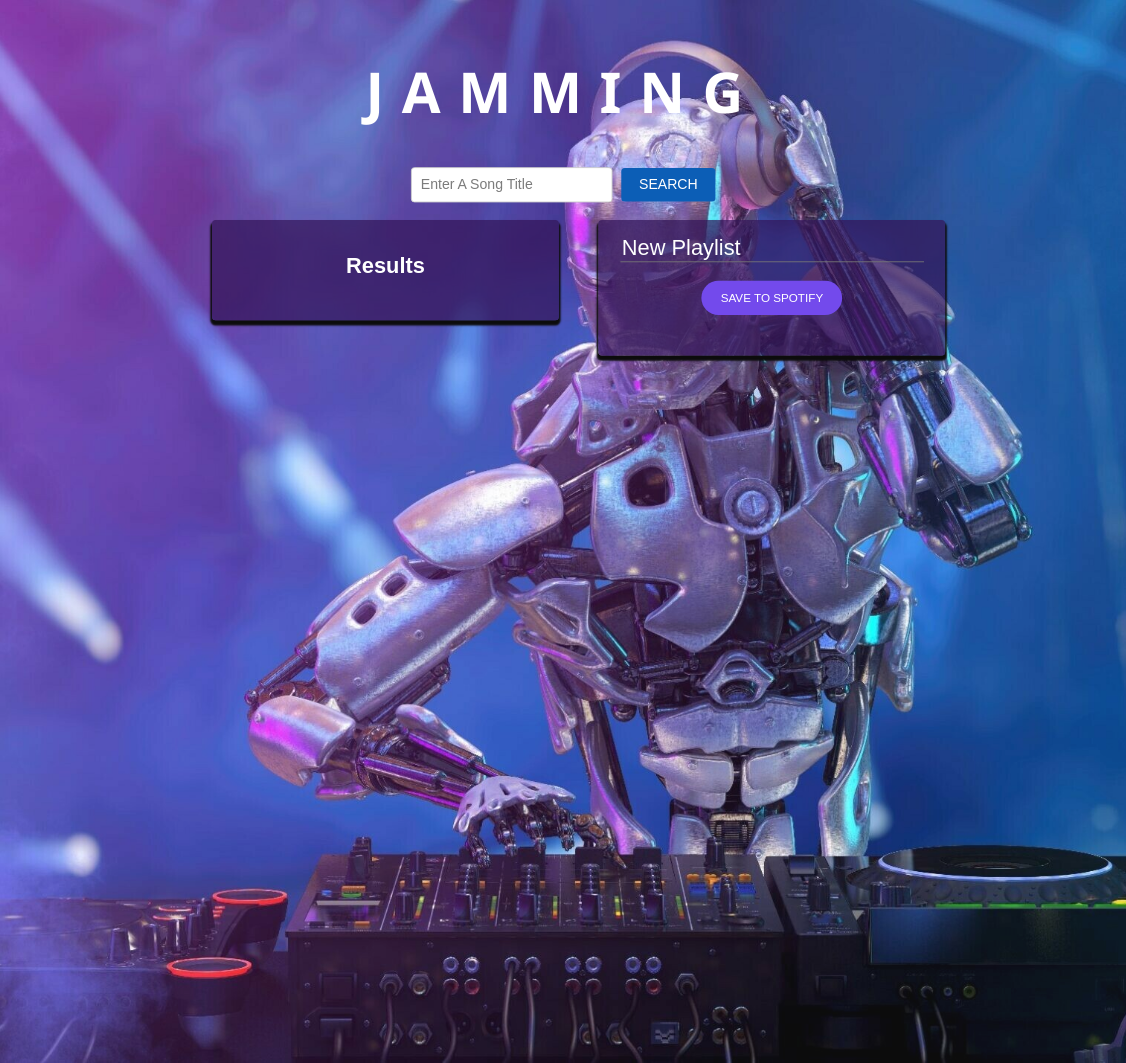
Repository: LolaSL/jamming
Page: /
An editor plug-in stored every save of this project. The page is shown before and after the next save, followed by the edit.
The browser window is 1280 px wide. The pictures show the whole page, at 88% of full size.
The pointer rests on the first visible `.SearchBar button`.
The project was rebuilt for these pictures with package versions that can differ from the ones it lists, and the page was loaded fresh each time. Also part of the build but not shown: src/components/Track/Track.css, src/components/Track/Track.jsx.

Above is the page before, as saved 2023-06-23 18:08:44.

### src/App/App.js
import React, { useState, useCallback } from "react";
import "./App.css";

import Playlist from "../components/PlayList/PlayList.jsx";
import SearchBar from "../components/SearchBar/SearchBar";
import SearchResults from "../components/SearchResults/SearchResults";
import Spotify from "../utils/Spotify";

const App = () => {
  const [searchResults, setSearchResults] = useState([]);
  const [playlistName, setPlaylistName] = useState("New Playlist");
  const [playlistTracks, setPlaylistTracks] = useState([]);

  const search = useCallback(async (term) => {
    const results = await Spotify.search(term);
    setSearchResults(results);
  }, []);

  const addTrack = useCallback((track) => {
    if (playlistTracks.some((savedTrack) => savedTrack.id === track.id)) {
      return;
    }
    setPlaylistTracks((prevTracks) => [...prevTracks, track]);
  }, [playlistTracks]);

  const removeTrack = useCallback((track) => {
    setPlaylistTracks((prevTracks) =>
      prevTracks.filter((currentTrack) => currentTrack.id !== track.id)
    );
  }, []);

  const updatePlaylistName = useCallback((name) => {
    setPlaylistName(name);
  }, []);

  const savePlaylist = useCallback(async () => {
    const trackUris = playlistTracks.map((track) => track.uri);
    await Spotify.savePlaylist(playlistName, trackUris);
    setPlaylistName("New Playlist");
    setPlaylistTracks([]);
  }, [playlistName, playlistTracks]);

  return (
    <div className="App-container" data-testid="app-test">
      <h1>
        Jamming
      </h1>
      <SearchBar onSearch={search} />
      <div className="App-playlist">
          <SearchResults searchResults={searchResults} onAdd={addTrack} />
          <Playlist
            playlistName={playlistName}
            playlistTracks={playlistTracks}
            onNameChange={updatePlaylistName}
            onRemove={removeTrack}
            onSave={savePlaylist}
        />
      </div>
      </div>
  );
};

export default App;
;

### src/App/App.css
body,
html,
#root {
  height: 100%;

}

/* CSS for App-container */
.App-container {
  display: flex;
  flex-direction: column;
  align-items: center;
  padding: 20px;
  background-color: #f0f0f0;
  background-image: url('./background.jpg');
  height: 150%;
  padding: 0 17% 10% 17%;
  opacity: 0.95;
  background-size: cover;
  overflow: hidden;
  background-position: center;
  background-repeat: no-repeat;
  font-family: 'Work Sans', sans-serif;
  font-weight: 500;
  color: #56649f;
  text-align: center;
}

/* CSS for h1 */
h1 {
  font-family:'Segoe UI', Tahoma, Geneva, Verdana, sans-serif;
  text-transform: uppercase;
  letter-spacing: 20px;
  color: #ffffff;
  font-size: 4rem;
  margin-top: 60px;
}

/* CSS for SearchBar */
.SearchBar {
  display: flex;
  justify-content: center;
  align-items: center;
  margin-bottom: 20px;
}

/* CSS for App-playlist */
.App-playlist {
  display: grid;
  grid-template-columns: 1fr 1fr;
  grid-gap:80px;
  align-items: justify;
  /* width:500px; */
  margin: 0 auto;
}

/* CSS for SearchResults and Playlist components */
.SearchResults,
.Playlist {
  background-color: #fff;
  padding: 20px;
  border-radius: 4px;
  box-shadow: 0 2px 4px rgba(0, 0, 0, 0.1);
}

### src/components/PlayList/PlayList.jsx
import React, { useCallback } from "react";
import PropTypes from "prop-types";
import "./PlayList.css";
import TrackList from "../TrackList/TrackList";

const Playlist = ({
  onNameChange,
  playlistTracks,
  onRemove,
  onSave
}) => {
  const handleNameChange = useCallback((event) => {
    onNameChange(event.target.value);
  }, [onNameChange]);

  return (
    <div className="Playlist">
      <input onChange={handleNameChange} defaultValue={"New Playlist"} />
      <TrackList
        tracks={playlistTracks}
        isRemoval={true}
        onRemove={onRemove}
      />
      <button className="Playlist-save" onClick={onSave}>
        SAVE TO SPOTIFY
      </button>
    </div>
  );
};

Playlist.propTypes = {
  onNameChange: PropTypes.func,
  playlistTracks: PropTypes.array,
  onRemove: PropTypes.func,
  onSave: PropTypes.func
};

export default Playlist;

### src/components/SearchBar/SearchBar.jsx
import React, { useState, useCallback } from "react";
import "./SearchBar.css";

const SearchBar = ({ onSearch }) => {
  const [term, setTerm] = useState("");

  const handleTermChange = useCallback((event) => {
    setTerm(event.target.value);
  }, []);

  const search = useCallback(() => {
    onSearch(term);
  }, [onSearch, term]);

  return (
    <form className="SearchBar">
      <input placeholder="Enter A Song Title" onChange={handleTermChange} />
      <button className="SearchButton" onClick={search}>
        SEARCH
      </button>
    </form>
  );
};

export default SearchBar;

### src/components/SearchResults/SearchResults.jsx
import React from "react";
import "./SearchResults.css";
import TrackList from "../TrackList/TrackList";

const SearchResults = ({ searchResults, onAdd }) => {
  return (
    <div className="SearchResults">
      <h2>Results</h2>
      <TrackList tracks={searchResults} onAdd={onAdd} />
    </div>
  );
};

export default SearchResults;

### src/utils/Spotify.js
const clientId = 'a18dfb23f21c4bf69aa0c5c6ac72acdc'; // Insert client ID here.
const redirectUri = 'http://localhost:3000/'; // Have to add this to your accepted Spotify redirect URIs on the Spotify API.

let accessToken;

const Spotify = {
  getAccessToken() {
    if (accessToken) {
      return accessToken;
    }

    const accessTokenMatch = window.location.href.match(/access_token=([^&]*)/);
    const expiresInMatch = window.location.href.match(/expires_in=([^&]*)/);
    if (accessTokenMatch && expiresInMatch) {
      accessToken = accessTokenMatch[1];
      const expiresIn = Number(expiresInMatch[1]);
      window.setTimeout(() => accessToken = '', expiresIn * 1000);
      window.history.pushState('Access Token', null, '/'); // This clears the parameters, allowing us to grab a new access token when it expires.
      return accessToken;
    } else {
      const accessUrl = `https://accounts.spotify.com/authorize?client_id=${clientId}&response_type=token&scope=playlist-modify-public&redirect_uri=${redirectUri}`;
      window.location = accessUrl;
    }
  },

  async search(term) {
    const accessToken = Spotify.getAccessToken();
    const response = await fetch(`https://api.spotify.com/v1/search?type=track&q=${term}`, {
      headers: {
        Authorization: `Bearer ${accessToken}`
      }
    });
    const jsonResponse = await response.json();
    if (!jsonResponse.tracks) {
      return [];
    }
    return jsonResponse.tracks.items.map(track => ({
      id: track.id,
      name: track.name,
      artist: track.artists[0].name,
      album: track.album.name,
      popularity: track.popularity,
      uri: track.uri
    }));
  },

  savePlaylist(name, trackUris) {
    if (!name || !trackUris.length) {
      return;
    }

    const accessToken = Spotify.getAccessToken();
    const headers = { Authorization: `Bearer ${accessToken}` };
    let userId;

    return fetch('https://api.spotify.com/v1/me', { headers: headers }
    ).then(response => response.json()
    ).then(jsonResponse => {
      userId = jsonResponse.id;
      return fetch(`https://api.spotify.com/v1/users/${userId}/playlists`, {
        headers: headers,
        method: 'POST',
        body: JSON.stringify({ name: name })
      }).then(response => response.json()
      ).then(jsonResponse => {
        const playlistId = jsonResponse.id;
        return fetch(`https://api.spotify.com/v1/users/${userId}/playlists/${playlistId}/tracks`, {
          headers: headers,
          method: 'POST',
          body: JSON.stringify({ uris: trackUris })
        });
      });
    });
  }
};

export default Spotify;

### src/components/PlayList/PlayList.css
.Playlist {
    display: flex;
    flex-direction: column;
    align-items: center;
    justify-items: center;
    overflow-y: scroll;
    width: 100%;
    max-height: 900px;
    padding: 1.1rem;
    background-color: rgba(40, 9, 80, 0.7);
    box-shadow: 0 4px 2px 2px #000000;

  }

  .Playlist input {
    width: 95%;
    border: 0;
    outline: 0;
    background: transparent;
    border-bottom: 1px solid #6f6f6f;
    font-family: 'Poppins', sans-serif;
    font-size: 1.55rem;
    color: #fff;
  }

  .Playlist-save {
    cursor: pointer;
    width: 10rem;
    padding: .77rem 0;
    border-radius: 54px;
    border-width: 0px;
    margin-top: 1.27rem;
    background-color: #6c41ec;
    text-align: center;
    font-size: .83rem;
    transition: background-color .25s;
    color: #fff;
    font-weight: 500;
  }

  .Playlist-save:hover {
    background-color: rgba(108, 65, 233, .7);
  }

  ::-webkit-scrollbar {
      width: 0px;
      background: transparent;
  }

  @media screen and (min-width: 400px) {
    .Playlist {
      width: 70%;
      height: auto;
      align-items: center;
    }
  }

  @media screen and (min-width: 800px) {
    .Playlist {
      width:75%;
      height: auto;
    }
  }
  @media only screen and (max-width: 1220px) {
    .Playlist {
      width: 90%;
      height: auto;
      align-items: center;
    }
  }
  @media only screen and (max-width: 1620px) {
    .Playlist {
      width: 100%;
      height: auto;
      align-items: center;
    }
  }

### src/components/TrackList/TrackList.jsx
import React from "react";
import PropTypes from "prop-types";
import "./TrackList.css";
import Track from "../Track/Track";

const TrackList = ({ tracks, onAdd, isRemoval, onRemove }) => {
  return (
    <div className="TrackList">
      {tracks.map((track, index) => (
        <Track
          key={index}
          track={track}
          onAdd={onAdd}
          isRemoval={isRemoval}
          onRemove={onRemove}
        />
      ))}
    </div>
  );
};

TrackList.propTypes = {
  tracks: PropTypes.array,
  onAdd: PropTypes.func,
  onRemove: PropTypes.func,
  isRemoval: PropTypes.bool,
};

export default TrackList;

### src/components/SearchBar/SearchBar.css
/* CSS for SearchBar form */
.SearchBar {
  display: flex;
  align-items: center;
}

/* CSS for input */
.SearchBar input {
  flex-grow: 1;
  padding: 10px;
  border: 1px solid #ccc;
  border-radius: 4px;
  font-size: 16px;
  margin-right: 10px;
}

/* CSS for button */
.SearchBar button {
  padding: 10px 20px;
  background-color: #007bff;
  color: #fff;
  border: none;
  border-radius: 4px;
  font-size: 16px;
  cursor: pointer;
}

/* CSS for button hover effect */
.SearchBar button:hover {
  background-color: #0056b3;
}



/* .SearchBar {
  display: flex;
  flex-direction: column;
  align-items: center;
  padding-top: 4rem;
  margin-bottom: 4rem;
}

.SearchBar input {
  width: 450px;
  height: 25px;
  padding:1rem 0;
  border: 2px solid #fff;
  border-radius: 15px;
  margin-bottom: 1rem;
  color: black;
  font-weight: 600;
  text-align: center;
  font-size: 1.5rem;
  opacity: 0.45;
  z-index: 1;
}

.SearchBar input:focus {
  outline: none;
}

.SearchButton {
  cursor: pointer;
  width: 8.11rem;
  padding: 0.77rem 0;
  border-radius: 54px;
  background-color: rgba(40, 9, 80, 0.7);
  text-align: center;
  font-size: 1rem;
  transition: background-color 0.25s;
  border: 0px;
  color: #fff;
  font-weight: 500;
}

.SearchButton:hover {
  background-color: rgba(108, 65, 233, 0.7);
} */

### src/components/SearchResults/SearchResults.css
.SearchResults {
  display: flex;
  flex-direction: column;
  align-items: left;
  overflow-y: scroll;
  width: 38%;
  max-height: 900px;
  padding: 1.1rem;
  background-color: rgba(40, 9, 80, 0.7);
  box-shadow: 0 4px 2px 2px #000000;
  gap: 10px;

  }
  h2{
    font-family: 'Poppins', sans-serif;
    color: #ffffff;
    text-align: left;
    font-size: 1.55rem;
  }
  ::-webkit-scrollbar {
      width: 0px;
      background: transparent;
  }

  /* @media only screen and (max-width: 1020px) {
    .SearchResults {
      width: 90%;
      margin-bottom:2.5rem;
    }
  } */

  @media screen and (min-width: 400px) {
    .SearchResults {
      width: 70%;
      margin-bottom:1.5rem;
      align-items: center;
    }
  }

  @media screen and (min-width: 800px) {
    .SearchResults {
      width:75%;
      margin-bottom:2rem;
      align-items: center;
    }
  }
  @media only screen and (max-width: 1220px) {
    .SearchResults {
      width: 90%;
      margin-bottom:2.5rem;
      align-items: center;
    }
  }
  @media only screen and (max-width: 1620px) {
    .SearchResults {
      width: 100%;
      margin-bottom:2.5rem;
      align-items: center;
    }
  }

### src/components/TrackList/TrackList.css
.TrackList {
    width: 100%;
    overflow-y: scroll;
  }

  @media screen and (max-width: 400px) {
    .TrackList {
      width: 70%;
      height: auto;
      align-items: center;
    }
  }

  @media screen and (max-width: 800px) {
    .TrackList {
      width:75%;
      height: auto;
      align-items: center;
    }
  }
  @media only screen and (max-width: 1220px) {
    .TrackList {
      width: 90%;
      height: auto;
      align-items: center;
    }
  }
  @media only screen and (max-width: 1620px) {
    .TrackList {
      width: 100%;
      height: auto;
      align-items: center;
    }
  }

Loaded but not shown: public/index.html (common file); src/index.js (common file); src/index.css (common file); src/reportWebVitals.js (common file); public/manifest.json (common file)

After the next save:
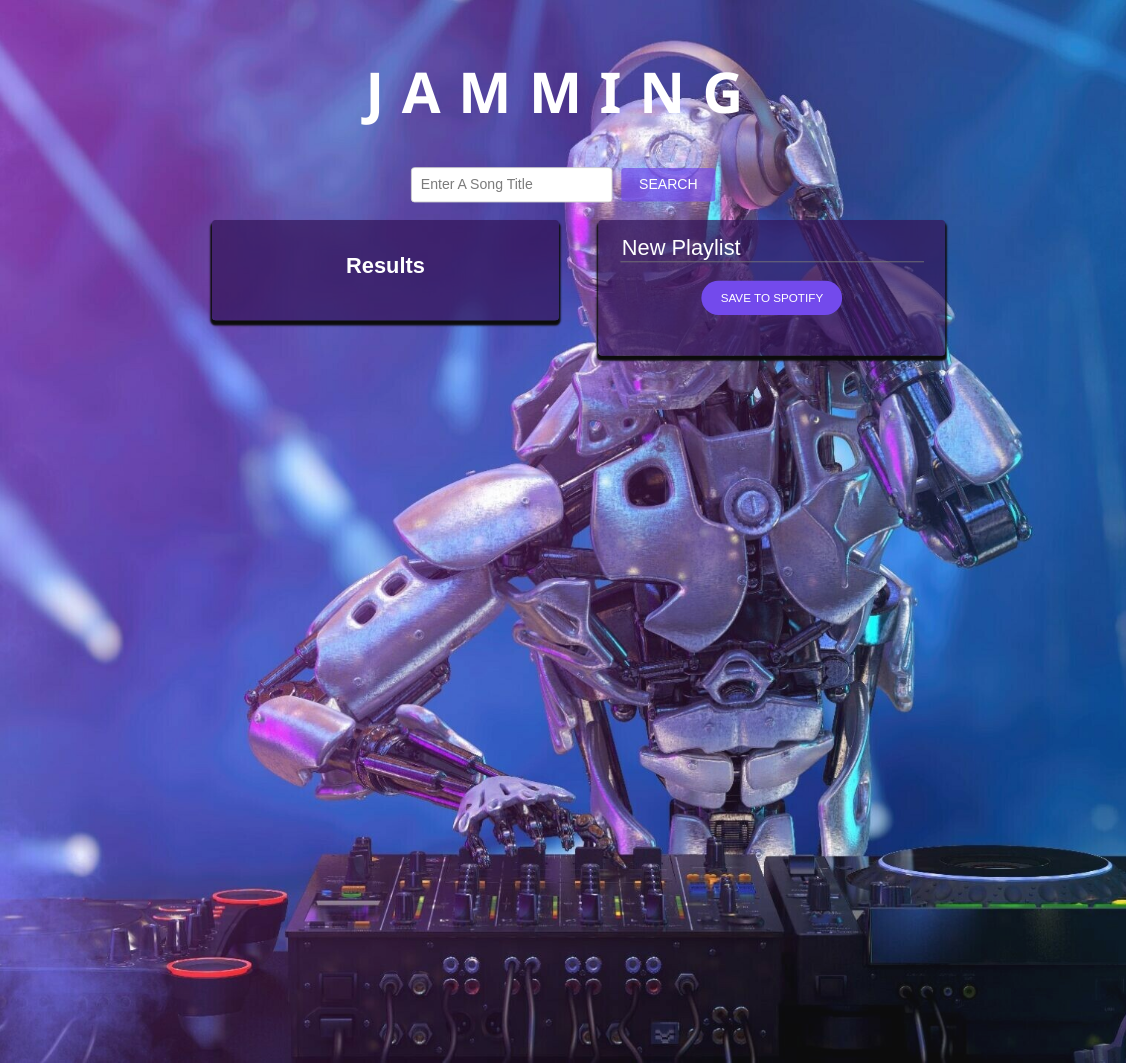
Saved 33 s later.
--- a/src/components/SearchBar/SearchBar.css
+++ b/src/components/SearchBar/SearchBar.css
@@ -27,7 +27,7 @@
 
 /* CSS for button hover effect */
 .SearchBar button:hover {
-  background-color: #0056b3;
+  background-color: rgba(108, 65, 233, 0.7);
 }
 
 
